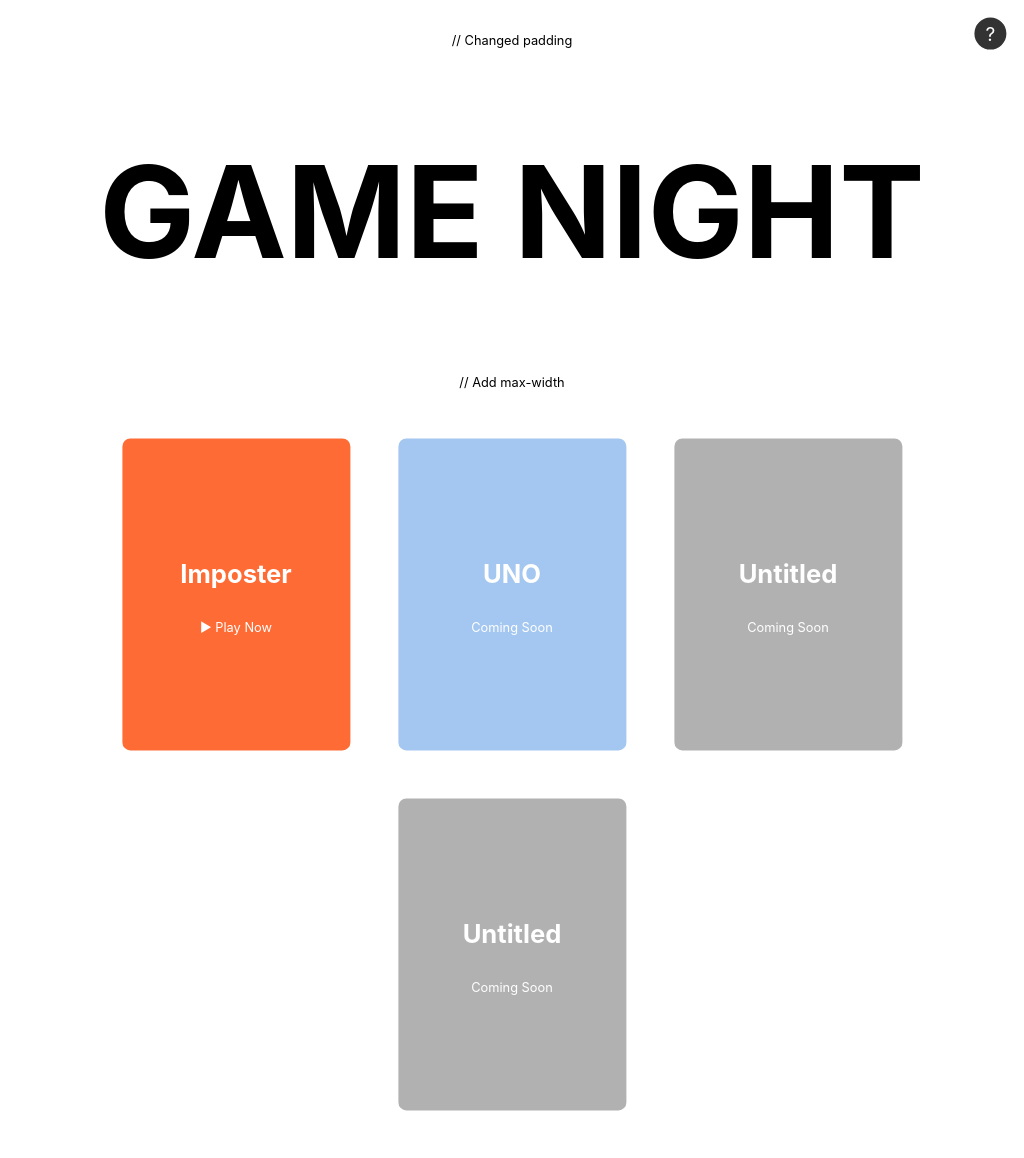
Repository: nfemmanuel/game-night-app
Page: /
The author's editor kept a copy of each file at every save. The page is drawn from the files as they stood at one save, then again after the next save.
The browser window is 1280 px wide. The pictures show the whole page, at 80% of full size.
The project was rebuilt for these pictures with package versions that can differ from the ones it lists, and the page was loaded fresh each time. Also part of the build but not shown: src/styles/global.css, src/components/BackButton.jsx, src/pages/ImposterSetup.jsx, src/data/wordList.js, src/pages/ImposterReveal.jsx, src/pages/ImposterVoting.jsx.

Above is the page before, as saved 2025-12-31 18:07:31.

After the next save:
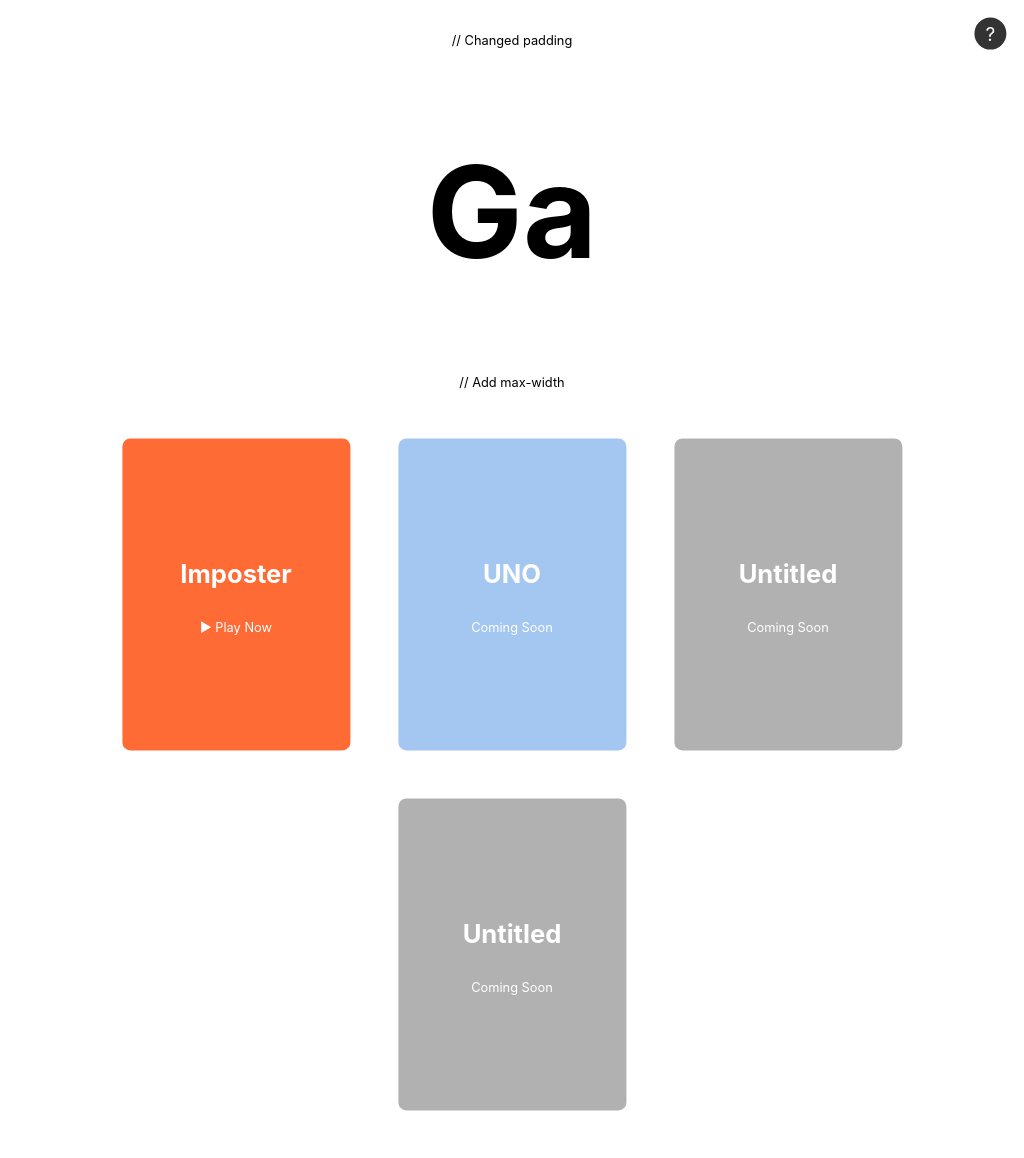
Saved 30 s later.
--- a/src/pages/LandingPage.jsx
+++ b/src/pages/LandingPage.jsx
@@ -14,7 +14,7 @@ function LandingPage() {
     return (
         <div style={{ padding: '40px 20px', textAlign: 'center' }}>  // Changed padding
             <HelpButton />
-            <h1 style={{ fontSize: '10rem' }}>GAME NIGHT</h1>  // Add max-width
+            <h1 style={{ fontSize: '10rem' }}>Ga</h1>  // Add max-width
 
             <div style={{
                 display: 'flex',
